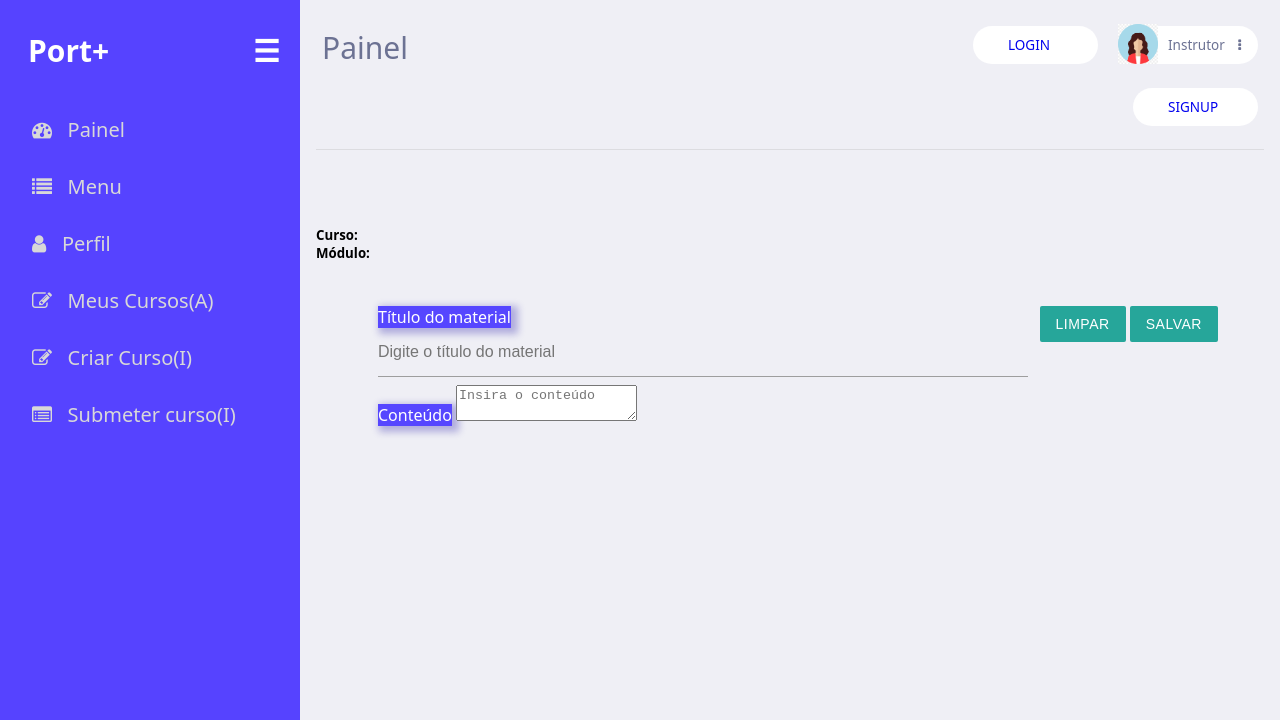
Repository: LauraMViana/Port-plus
Page: http://localhost/portPlus/criarCurso/addConteudo
The author's editor kept a copy of each file at every save. The page is drawn from the files as they stood at one save, then again after the next save.
The browser window is 1280 px wide. The pictures show the whole page.
The page is this project's Thymeleaf template; nobody is signed in. The template is opened directly, without the code that normally fills it, so the values that code supplies are empty.

Above is the page before, as saved 2021-12-28 14:39:00.

After the next save:
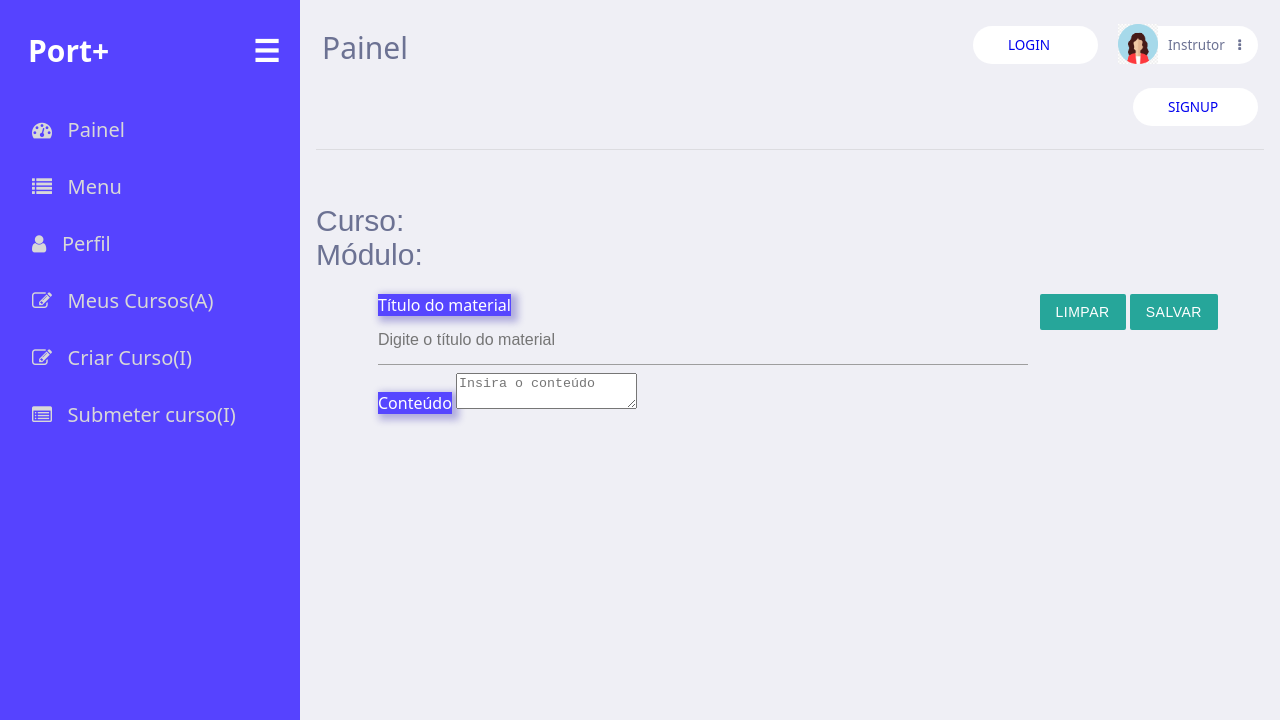
Saved 3 min 34 s later.
--- a/port/src/main/resources/templates/portPlus/criarCurso/addConteudo.html
+++ b/port/src/main/resources/templates/portPlus/criarCurso/addConteudo.html
@@ -16,10 +16,10 @@
 <body>
 	<div th:insert="~{menu :: menu}"></div>
 	<div id="main">
-		<h5>
+		<h6>
 			Curso: <span th:text="${curso.titulo}"></span> <br>Módulo: <span
 				th:text="${modulo.tituloMod}"></span>
-		</h5>
+		</h6>
 		<br>
 		<form
 			th:action="@{/portPlus/criarCurso/{idC}/{idMod} (idC=${curso.id},idMod=${modulo.id})}"
